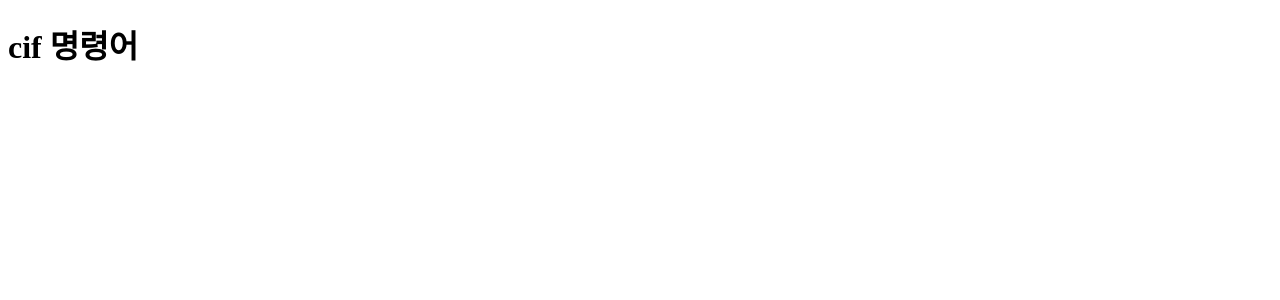
Repository: saeeeem2/2023JSTL
Page: http://localhost/jstl_study/step-1.jsp
The author's editor kept a copy of each file at every save. The page is drawn from the files as they stood at one save, then again after the next save.
The browser window is 1280 px wide. The pictures show the whole page.
The page is served by Tomcat 9.

Above is the page before, as saved 2023-11-22 04:17:46.

After the next save:
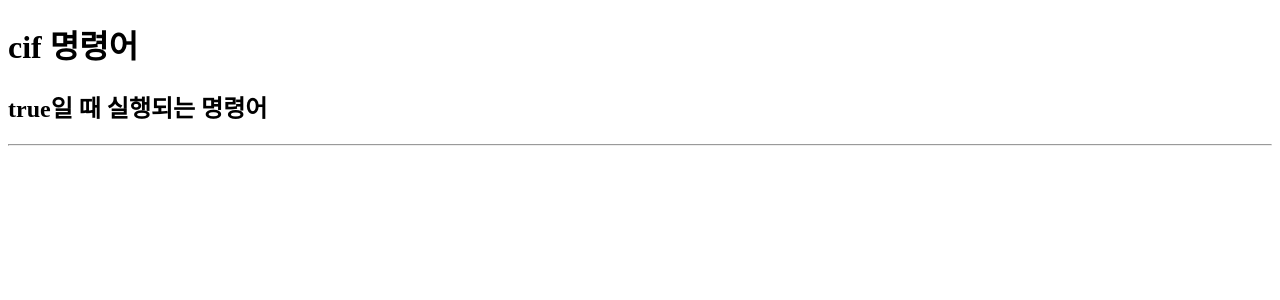
Saved 47 s later.
--- a/jstl_study/src/main/webapp/step-1.jsp
+++ b/jstl_study/src/main/webapp/step-1.jsp
@@ -9,10 +9,11 @@
 </head>
 <body>
 	<h1>cif 명령어</h1>
-	<c:if test="false">
+	<c:if test="true">
 		<h2>true일 때 실행되는 명령어</h2>
 	</c:if>
 
+<hr>
 
 
 </body>
